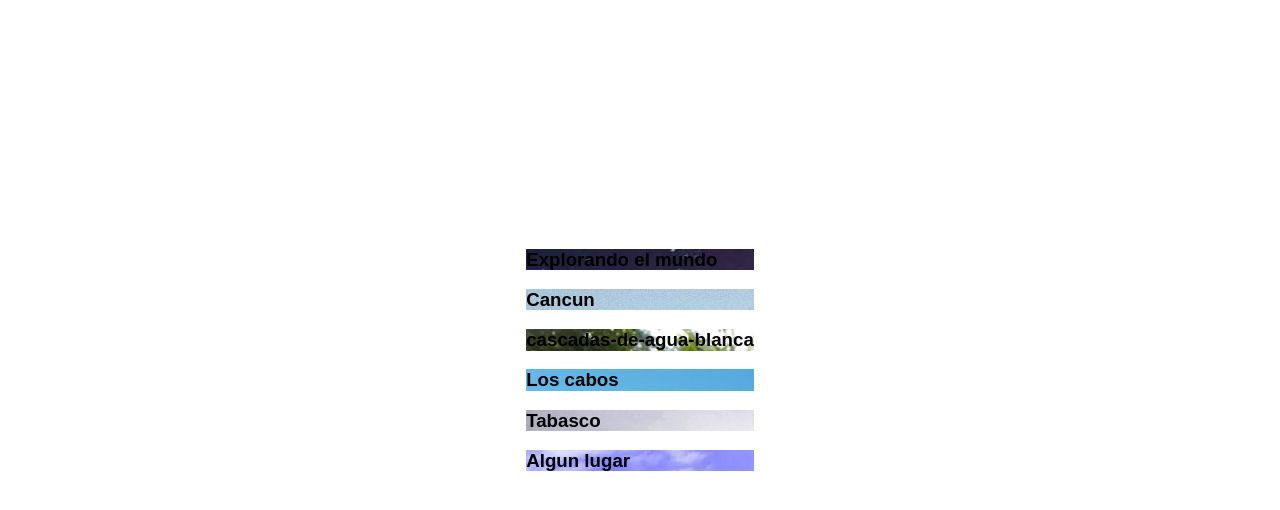
Repository: ElideZavala/Tarjetas-de-Imagenes
Page: index.html
An editor plug-in stored every save of this project. The page is shown before and after the next save, followed by the edit.
The browser window is 1280 px wide. The pictures show the whole page.
Some web fonts or font styles are not loaded; a fallback is used.

Above is the page before, as saved 2021-05-27 09:02:51.
Not found: script.js

After the next save:
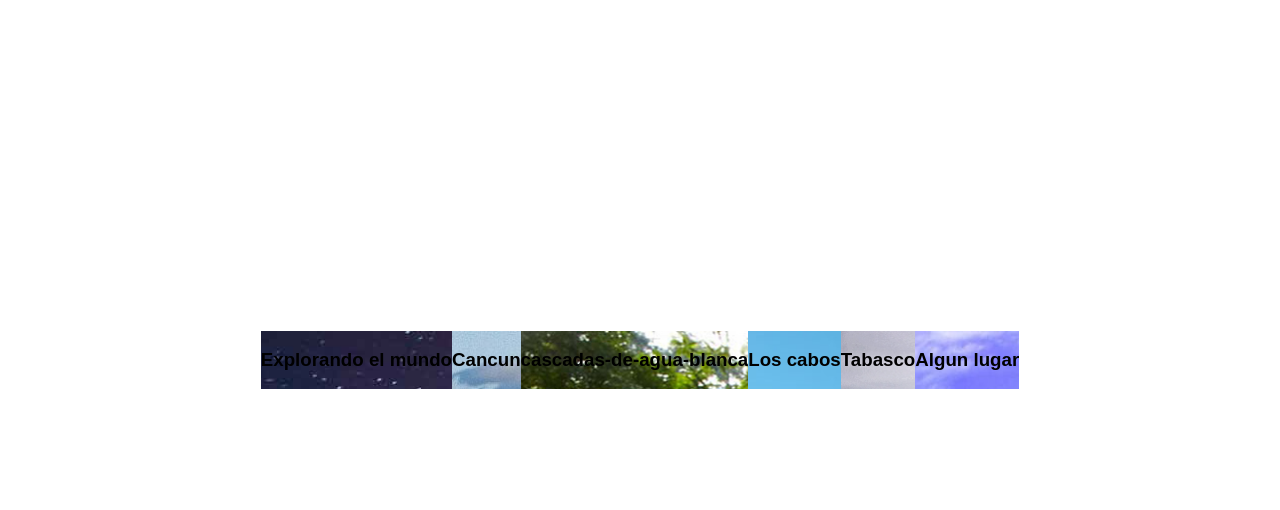
Saved 76 s later.
--- a/style.css
+++ b/style.css
@@ -14,3 +14,7 @@ body {
 	overflow: hidden;
 	margin: 0;
 }
+
+.container {
+	display: flex;
+}
